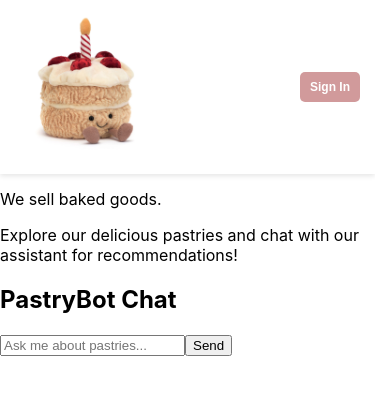
Repository: agrnerd17/Website-Chatbot
Page: / (app in pastry-chatbot/)
The author's editor kept a copy of each file at every save. The page is drawn from the files as they stood at one save, then again after the next save.
The browser window is 375 px wide. The pictures show the whole page.
The project was rebuilt for these pictures with package versions that can differ from the ones it lists, and the page was loaded fresh each time. Also part of the build but not shown: pastry-chatbot/src/styles/Chatbot.css.

Above is the page before, as saved 2024-12-08 14:16:06.

### pastry-chatbot/src/App.js
import React from "react";
import Chatbot from "./components/Chatbot";
import Navbar from "./components/Navbar";
import "./styles/Navbar.css";

function App() {
  return (
    <div className="App">
      <div>
        <Navbar />
        <main style={{ marginTop: "90px" }}> {/* Adjust */}
          <h1>Welcome to our Pastry Shop!</h1>
          <p>We sell baked goods.</p>
        </main>
      </div>
      <main>
        <div className="content text-center">
          <p>Explore our delicious pastries and chat with our assistant for recommendations!</p>
        </div>
      </main>
      <Chatbot /> {/* Include the chatbot */}
    </div>

  );
}

export default App;

### pastry-chatbot/src/components/Chatbot.js
import React, { useState } from "react";
import { getChatbotResponse } from "../api/cohereAPI";
import "../styles/Chatbot.css";

const Chatbot = () => {
  const [messages, setMessages] = useState([]);
  const [userInput, setUserInput] = useState("");

  const handleSend = async () => {
    if (!userInput.trim()) return;

    const userMessage = { sender: "user", text: userInput };
    setMessages((prev) => [...prev, userMessage]);
    setUserInput("");

    const prompt = messages
      .map((msg) => `${msg.sender}: ${msg.text}`)
      .join("\n") + `\nuser: ${userInput}\nbot:`;

    const botResponse = await getChatbotResponse(prompt);
    const botMessage = { sender: "bot", text: botResponse };
    setMessages((prev) => [...prev, botMessage]);
  };

  return (
    <div className="flex flex-col items-center w-full max-w-lg p-4 bg-gray-100 rounded-lg shadow-md">
      <h2 className="text-2xl font-bold mb-4">PastryBot Chat</h2>
      <div className="flex flex-col w-full h-96 overflow-y-auto bg-white border rounded-lg p-4 mb-4">
        {messages.map((msg, index) => (
          <div
            key={index}
            className={`p-2 rounded mb-2 ${
              msg.sender === "user"
                ? "self-end bg-blue-500 text-white"
                : "self-start bg-gray-200"
            }`}
          >
            {msg.text}
          </div>
        ))}
      </div>
      <div className="flex w-full gap-2">
        <input
          type="text"
          className="flex-grow p-2 border rounded-lg"
          value={userInput}
          onChange={(e) => setUserInput(e.target.value)}
          placeholder="Ask me about pastries..."
        />
        <button
          className="p-2 bg-blue-500 text-white rounded-lg hover:bg-blue-600"
          onClick={handleSend}
        >
          Send
        </button>
      </div>
    </div>
  );
};

export default Chatbot;

### pastry-chatbot/src/components/Navbar.js
import React from "react";
import "../styles/Navbar.css"; // Make sure this path is correct
import logo from "../assets/pastry_bot_icon.jpg";

const Navbar = () => {
  return (
    <nav className="navbar">
      {/* Logo */}
      <div className="navbar-logo">
        <img src={logo} alt="Pastry Logo" />
      </div>

      {/* Menu */}
      <ul className="navbar-menu">
        <li>Home</li>
        <li>About</li>
        <li>Menu</li>
        <li>Contact</li>
      </ul>

      {/* Right Action (e.g., Sign In or Cart) */}
      <div className="navbar-right">
        <button className="navbar-button">Sign In</button>
        {/* Optional cart icon */}
        {/* <i className="fas fa-shopping-cart"></i> */}
      </div>
    </nav>
  );
};

export default Navbar;

### pastry-chatbot/src/styles/Navbar.css
/* Navbar container */
.navbar {
    display: flex;
    justify-content: space-between;
    align-items: center;
    padding: 10px 20px;
    background-color: #ffffff;
    box-shadow: 0 2px 5px rgba(0, 0, 0, 0.1);
    position: fixed;
    width: 100%;
    top: 0;
    z-index: 1000;
    box-sizing: border-box;
  }

  /* Logo styling */
  .navbar-logo img {
    height: 50px;
    width: auto;
  }

  /* Menu styling */
  .navbar-menu {
    display: flex;
    gap: 30px;
    list-style: none;
    margin: 0;
    padding: 0;
  }

  .navbar-menu li {
    font-size: 16px;
    font-weight: 600;
    color: #333333;
    cursor: pointer;
    transition: color 0.3s;
  }

  .navbar-menu li:hover {
    color: #d19a9b; /* Light pink color */
  }

  /* Right action (e.g., button or icon) */
  .navbar-right {
    display: flex;
    align-items: center;
    gap: 20px;
  }

  .navbar-button {
    background-color: #d19a9b; /* Light pink color */
    color: #ffffff;
    border: none;
    padding: 10px 15px;
    border-radius: 5px;
    font-size: 14px;
    font-weight: 600;
    cursor: pointer;
    transition: background-color 0.3s;
    white-space: nowrap; /* Prevent text wrap */
  }

  .navbar-button:hover {
    background-color: #c08888; /* Slightly darker pink */
  }

  /* Media query for responsiveness */
  @media (max-width: 768px) {
    .navbar-menu {
      display: none; /* Hide menu on smaller screens */
    }

    .navbar-right {
      gap: 10px;
    }

    .navbar {
      padding: 10px 15px; /* Reduce padding on smaller screens */
    }
  }

  @media (max-width: 480px) {
    .navbar-button {
      font-size: 12px;
      padding: 8px 10px; /* Smaller button for small screens */
    }

    .navbar-logo img {
      height: 150px; /* Resize logo */
    }
  }

### pastry-chatbot/src/api/cohereAPI.js
import axios from "axios";

const COHERE_API_KEY = "7ZT0rkNdOrKYfye8DC5qSUtG36H3IhRQ2pvKHDgT"; // Replace with your API key

export async function getChatbotResponse(prompt) {
  try {
    const response = await axios.post(
      "https://api.cohere.ai/v1/generate",
      {
        model: "command-xlarge-nightly",
        prompt,
        max_tokens: 100,
        temperature: 0.7,
      },
      {
        headers: {
          Authorization: `Bearer ${COHERE_API_KEY}`,
          "Content-Type": "application/json",
        },
      }
    );
    return response.data.generations[0].text.trim();
  } catch (error) {
    console.error("Error fetching response from Cohere:", error);
    return "Oops! Something went wrong. Please try again.";
  }
}

Loaded but not shown: pastry-chatbot/public/index.html (common file); pastry-chatbot/src/index.js (common file); pastry-chatbot/src/index.css (common file); pastry-chatbot/src/reportWebVitals.js (common file)

After the next save:
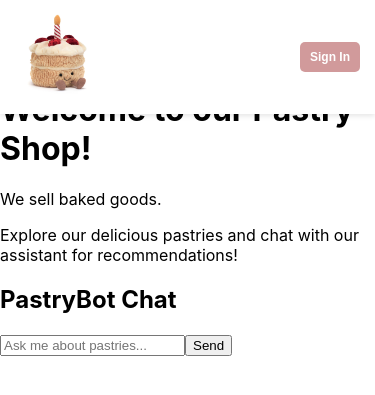
Saved 2 min 18 s later.
--- a/pastry-chatbot/src/styles/Navbar.css
+++ b/pastry-chatbot/src/styles/Navbar.css
@@ -86,6 +86,6 @@
     }
 
     .navbar-logo img {
-      height: 150px; /* Resize logo */
+      height: 90px; /* Resize logo */
     }
   }
